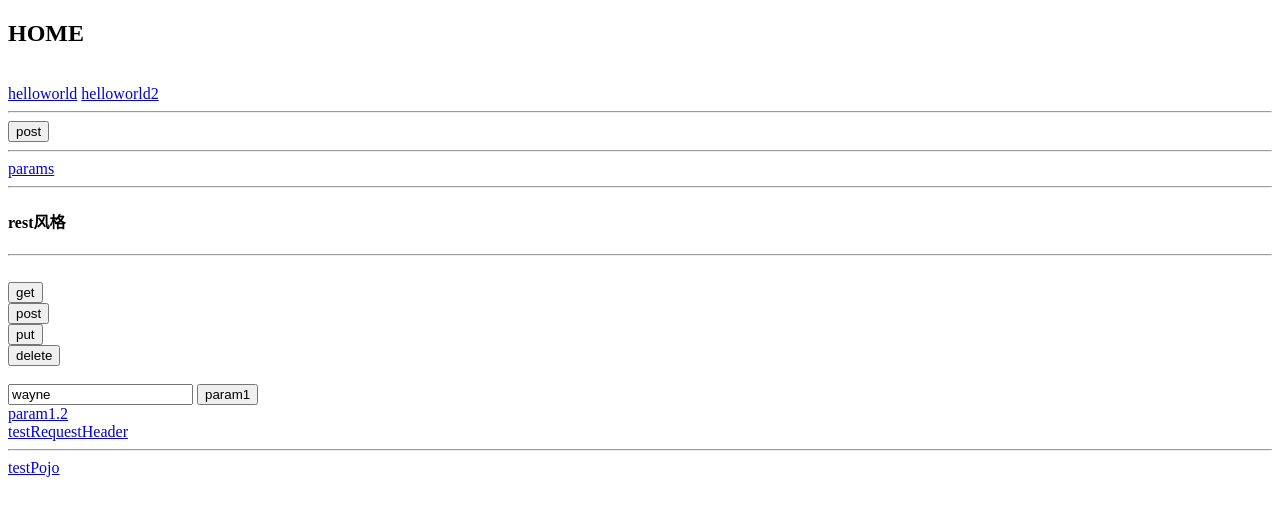
Repository: weiqilin66/workSpaceXD
Page: http://localhost/springmvc-1/
These files come from the project's save history. The page is drawn as it stood at one moment and after the next save; the edit follows.
The browser window is 1280 px wide. The pictures show the whole page.
The page is served by Tomcat 9.

Above is the page before, as saved 2019-09-19 01:54:18.

After the next save:
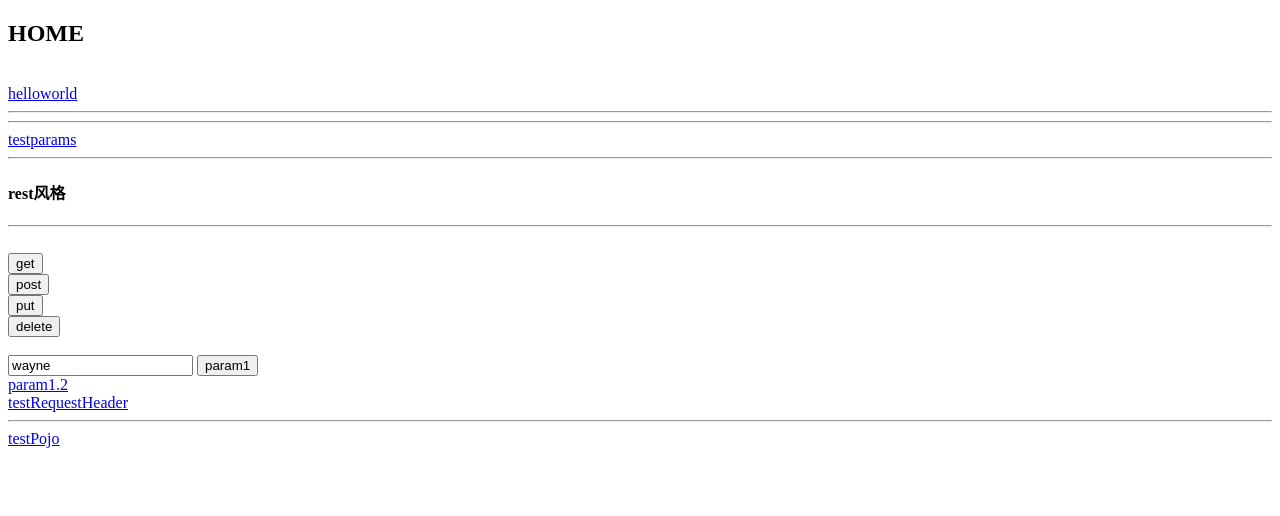
Saved 66 s later.
--- a/workspace/eclipseworkspace/ws01-study/springmvc-1/WebContent/index.jsp
+++ b/workspace/eclipseworkspace/ws01-study/springmvc-1/WebContent/index.jsp
@@ -10,14 +10,9 @@
 <h2>HOME</h2>
 <br>
 <a href="helloworld"> helloworld</a>
-<a href="test/helloworld"> helloworld2</a>
 <hr>
-<!-- form表单指定method 默认是get -->
-<form action="test/helloworldpost" method="post">
-<input value="post" type="submit">
-</form>
 <hr>
-<a href="test/params?username=joy&age=11"> params</a>
+<a href="test/params?username=joy&age=11"> testparams</a>
 <hr>
 <h4>rest风格</h4>
 <hr>
